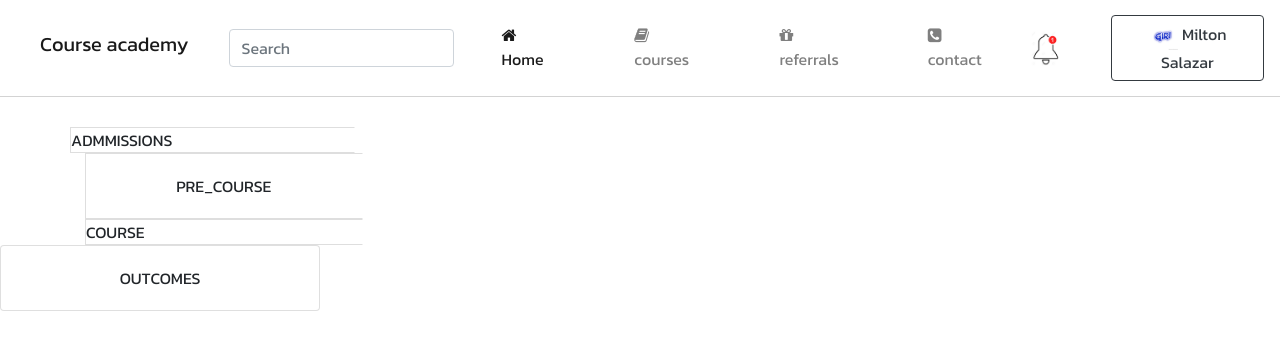
Repository: giribabu1997/html-layout
Page: task.html
These files come from the project's save history. The page is drawn as it stood at one moment and after a run of saves; the edit follows.
The browser window is 1280 px wide. The pictures show the whole page.

Above is the page before, as saved 2019-06-24 15:17:35.

After the next 2 saves:
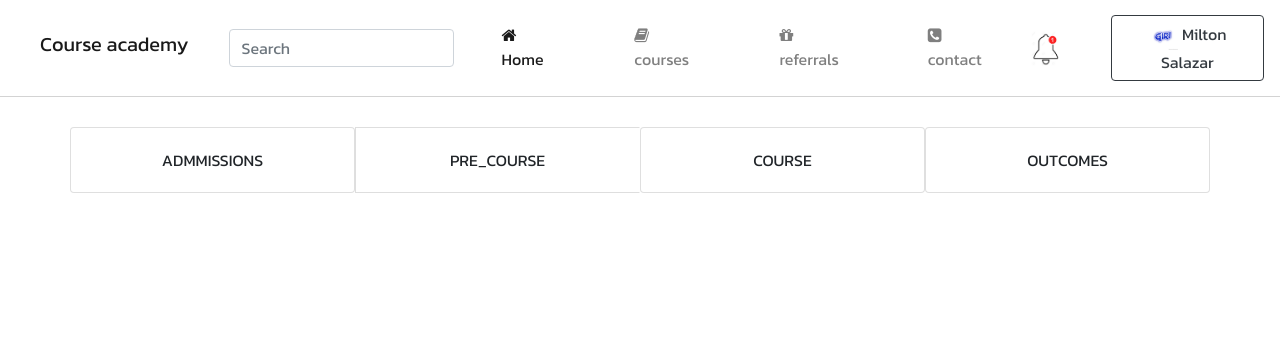
The 2 saves are shown as one change because they came seconds apart.
The last was saved 13 s later.
--- a/task.html
+++ b/task.html
@@ -72,7 +72,7 @@
     <div class="container" style="padding-top: 30px">
         <div class="row">
             <div class="col-md-3" style="padding: 0px !important">
-                <div class="card" style="border-radius: 0;border-right-color: white;>
+                <div class="card">
                     <div class="card-body" style="text-align: center">
                         <h> ADMMISSIONS</h>
                     </div>
@@ -86,7 +86,7 @@
                 </div>
             </div>
             <div class="col-md-3" style="padding: 0px !important">
-                <div class="card" style="border-radius: 0;border-right-color: white;>
+                <div class="card">
                     <div class="card-body" style="text-align: center">
                         <h> COURSE</h>
                     </div>
